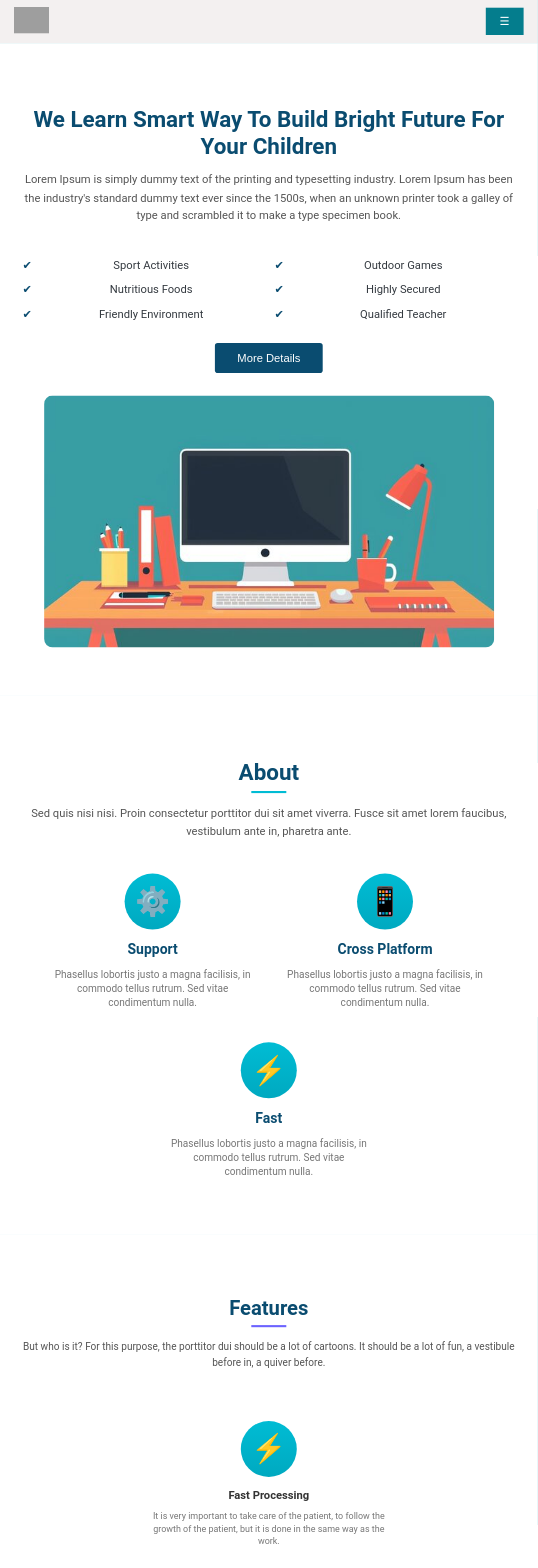
Repository: gautamsonam011/Institute
Page: /
An editor plug-in stored every save of this project. The page is shown before and after the next save, followed by the edit.
The browser window is 768 px wide. The pictures show the part of the page from y = 0 to 2240 px (the page is 5426 px tall before and 5439 px after), at 70% of full size.
Pictures or frames that could not be fetched are drawn as grey boxes. The project was rebuilt for these pictures with package versions that can differ from the ones it lists, and the page was loaded fresh each time. Also part of the build but not shown: vite.config.js, src/Header.jsx, src/Sidebar.jsx, src/Home.jsx, src/students/Addstudent.jsx, src/students/allstudent.css, src/students/Allstudents.jsx, src/Fee management/feehead.css and 9 more.

Above is the page before, as saved 2024-11-28 11:01:44.

### src/components/Last.jsx
import React from 'react'
import Navbar from './Navbar';
import Main from './Main';
import About from './About';
import Features from './Features';
import Team from './Team';
import Contact from './Contact'
import Footer from './Footer';

const Last = () => {
  return (
    <div>
      <Navbar/>
      <Main/>
      <About/>
      <Features/>
      <Team/>
      <Contact/>
      <Footer/>
    </div>
  )
}

export default Last

### src/students/addstudent.css
.form-container {
    width: 96%;
    margin: auto;
    padding: 20px;
    border: 1px solid #ccc;
    border-radius: 10px;
    background-color: #e0f7fa;
    box-shadow: 0 4px 10px rgba(0, 0, 0, 0.1);
  }

  h2 {
    color: #047d8d;
    text-align: center;
    margin-bottom: 20px;
    font-size: 1.5rem;
  }

  .form-group {
    margin-bottom: 20px;
  }

  label {
    display: block;
    font-weight: bold;
    color: #047d8d;
    margin-bottom: 5px;
  }

  input, select, textarea {
    width: 98%;
    padding: 12px;
    margin-top: 5px;
    border: 1px solid #b0bec5;
    border-radius: 4px;
    font-size: 1rem;
    transition: border-color 0.3s;
  }

  input:focus, select:focus, textarea:focus {
    border-color: #047d8d;
    outline: none;
  }

  button {
    padding: 10px 20px;
    background-color: #047d8d;
    color: white;
    border: none;
    cursor: pointer;
    font-size: 16px;
  }

  button:active {
    background-color: #64bdc9;;
  }

### src/components/Navbar.jsx
import React, { useState } from "react";
import "./navbar.css";

const Navbar = () => {
  const [isMobile, setIsMobile] = useState(false);

  return (
    <nav className="navbar">
      {/* Logo */}
      <div className="logo">
        <img src="/path-to-logo/logo.png" alt="Logo" />
      </div>

      {/* Links */}
      <ul className={isMobile ? "nav-links-mobile" : "nav-links"} onClick={() => setIsMobile(false)}>
        <li><a href="#home">Home</a></li>
        <li><a href="#about">About</a></li>
        <li><a href="#features">Features</a></li>
        <li><a href="#certificate">Certificate</a></li>
        <li><a href="#contact">Contact</a></li>
        <li><a href="#login">Login</a></li>
      </ul>

      {/* Hamburger Menu */}
      <button className="mobile-menu-icon" onClick={() => setIsMobile(!isMobile)}>
        {isMobile ? <>&#10005;</> : <>&#9776;</>}
      </button>
    </nav>
  );
};

export default Navbar;

### src/components/Main.jsx
import React from "react";
import "./main.css";
import mainbg2 from '../assets/mainbg2.jpg'

const AboutSection = () => {
  return (
    <div className="about-section">
      <div className="about-content">
        {/* <h3 className="about-heading"></h3> */}
        <h2 className="about-title">
          We Learn Smart Way To Build Bright Future For Your Children
        </h2>
        <p className="about-description">
          Lorem Ipsum is simply dummy text of the printing and typesetting
          industry. Lorem Ipsum has been the industry's standard dummy text
          ever since the 1500s, when an unknown printer took a galley of type
          and scrambled it to make a type specimen book.
        </p>
        <ul className="about-list">
          <li>Sport Activities</li>
          <li>Outdoor Games</li>
          <li>Nutritious Foods</li>
          <li>Highly Secured</li>
          <li>Friendly Environment</li>
          <li>Qualified Teacher</li>
        </ul>
        <button className="about-button">More Details</button>
      </div>
      <div className="about-image-container">
        <img
          src={mainbg2} /* Replace with actual image URL */
          alt="Children learning"
          className="about-image"
        />
      </div>
    </div>
  );
};

export default AboutSection;

### src/components/About.jsx
import React from "react";
import "./about.css";

const About = () => {
  return (
    <section className="about-section" id="about">
      <div className="about-container">
        <h2 className="about-title">About</h2>
        <hr className="about-divider" />
        <p className="about-description">
          Sed quis nisi nisi. Proin consectetur porttitor dui sit amet viverra.
          Fusce sit amet lorem faucibus, vestibulum ante in, pharetra ante.
        </p>
        <div className="about-features">
          <div className="feature">
            <div className="feature-icon support-icon"></div>
            <h3>Support</h3>
            <p>
              Phasellus lobortis justo a magna facilisis, in commodo tellus
              rutrum. Sed vitae condimentum nulla.
            </p>
          </div>
          <div className="feature">
            <div className="feature-icon cross-platform-icon"></div>
            <h3>Cross Platform</h3>
            <p>
              Phasellus lobortis justo a magna facilisis, in commodo tellus
              rutrum. Sed vitae condimentum nulla.
            </p>
          </div>
          <div className="feature">
            <div className="feature-icon fast-icon"></div>
            <h3>Fast</h3>
            <p>
              Phasellus lobortis justo a magna facilisis, in commodo tellus
              rutrum. Sed vitae condimentum nulla.
            </p>
          </div>
        </div>
      </div>
    </section>
  );
};

export default About;

### src/components/Team.jsx
import React from "react";
import "./team.css";
import user1 from '../assets/user1.jpg';
import user2 from '../assets/user2.jpg';
import user3 from '../assets/user3.jpg'

const OurTeam = () => {
  const teamMembers = [
    {
      name: "Jane Doe",
      image: user1, // Replace with the correct image path
      title: "Web Developer",
    },
    {
      name: "John Smith",
      image: user2, // Replace with the correct image path
      title: "UI/UX Designer",
    },
    {
      name: "Mike Johnson",
      image: user3, // Replace with the correct image path
      title: "Project Manager",
    },
  ];

  return (
    <section className="our-team">
      <div className="container">
        <h2 className="team-heading">Our Team</h2>
        <p className="team-description">
          Sed quis nisi nisi. Proin consectetur porttitor dui sit amet viverra. Fusce sit amet lorem faucibus, vestibulum ante in, pharetra ante.
        </p>
        <div className="team-members">
          {teamMembers.map((member, index) => (
            <div key={index} className="team-member">
              <img
                src={member.image}
                alt={member.name}
                className="team-member-img"
              />
              <h3 className="member-name">{member.name}</h3>
              <p className="member-title">{member.title}</p>
            </div>
          ))}
        </div>
      </div>
    </section>
  );
};

export default OurTeam;

### src/components/Contact.jsx
import React from "react";
import "./contact.css";

const ContactUs = () => {
  return (
    <section className="contact-us" id="contact">
      <div className="container">
        <h2 className="contact-heading">Contact us</h2>
        <p className="contact-description">
          Sed quis nisi nisi. Proin consectetur porttitor dui sit amet viverra. Fusce sit amet lorem faucibus, vestibulum ante in, pharetra ante.
        </p>
        <div className="contact-content">
          {/* Left: Contact Form */}
          <form className="contact-form">
            <div className="form-row">
              <input
                type="text"
                placeholder="Full Name"
                className="form-input"
              />
              <input type="email" placeholder="Email" className="form-input" />
            </div>
            <div className="form-row">
              <input type="text" placeholder="Subject" className="form-input" />
            </div>
            <div className="form-row">
              <textarea
                placeholder="Message"
                className="form-textarea"
              ></textarea>
            </div>
            <button type="submit" className="form-submit">
              SUBMIT
            </button>
          </form>
          {/* Right: Contact Info */}
          <div className="contact-info">
            <div className="info-box">
              <p>
                <strong>ADDRESS</strong>
                <br />
                New Delhi, India
              </p>
            </div>
            <div className="info-box">
              <p>
                <strong>PHONE</strong>
                <br />
                009900990099
              </p>
            </div>
            <div className="info-box">
              <p>
                <strong>E-MAIL</strong>
                <br />
                yogesh@gmail.com
              </p>
            </div>
            <div className="info-box">
              <p>
                <strong>WORKING HOURS</strong>
                <br />
                Mon-Fri 9.00 AM to 5.00 PM
              </p>
            </div>
          </div>
        </div>
      </div>
    </section>
  );
};

export default ContactUs;

### src/components/Footer.jsx
import React from "react";
import "./footer.css";

const Footer = () => {
  return (
    <footer className="footer">
      <div className="container">
        <div className="footer-content">
          {/* About Section */}
          <div className="footer-section">
            <h3>About Us</h3>
            <p>
              We provide excellent training services and certifications. Our goal is to help you grow professionally and achieve your career goals.
            </p>
          </div>
          {/* Quick Links */}
          <div className="footer-section">
            <h3>Quick Links</h3>
            <ul className="footer-links">
              <li><a href="#home">Home</a></li>
              <li><a href="#about">About</a></li>
              <li><a href="#features">Features</a></li>
              <li><a href="#contact">Contact</a></li>
            </ul>
          </div>
          {/* Contact Info */}
          <div className="footer-section">
            <h3>Contact Us</h3>
            <p>New Delhi, India</p>
            <p>Phone: 009900990099</p>
            <p>Email: info@example.com</p>
          </div>
        </div>
        {/* Social Media */}
        <div className="footer-social">
          <a href="#" className="social-icon">
            <i className="fab fa-facebook-f"></i>
          </a>
          <a href="#" className="social-icon">
            <i className="fab fa-twitter"></i>
          </a>
          <a href="#" className="social-icon">
            <i className="fab fa-instagram"></i>
          </a>
          <a href="#" className="social-icon">
            <i className="fab fa-linkedin-in"></i>
          </a>
        </div>
        {/* Footer Bottom */}
        <div className="footer-bottom">
          <p>© 2024 Your Company. All Rights Reserved.</p>
        </div>
      </div>
    </footer>
  );
};

export default Footer;

### src/components/navbar.css
/* Navbar styles */
.navbar {
  display: flex;
  justify-content: space-between;
  align-items: center;
  padding: 10px 20px;
  background-color: #f3f0f0;
}

.navbar .logo img {
  width: 50px;
}

.navbar .nav-links {
  display: flex;
  gap: 20px;
}

.navbar .nav-links ul {
  list-style: none;
  margin: 0;
  padding: 0;
  display: flex;
}

.navbar .nav-links li a {
  color: rgb(2, 2, 2);
  text-decoration: none;
  padding: 10px 20px;
}

.navbar .hamburger {
  display: none;
  cursor: pointer;
}

.navbar .hamburger .bar {
  width: 25px;
  height: 4px;
  background-color: rgb(14, 13, 13);
  margin: 5px;
  transition: all 0.3s;
}

/* Show the hamburger icon on small screens */
@media (max-width: 768px) {
  .navbar .nav-links {
    display: none;
    width: 100%;
    flex-direction: column;
    align-items: center;
    position: absolute;
    top: 60px;
    left: 0;
    background-color: #333;
    z-index: 100;
  }

  .navbar .nav-links.active {
    display: flex;
  }

  .navbar .hamburger {
    display: block;
  }

  .navbar .hamburger.active .bar:nth-child(1) {
    transform: rotate(45deg);
    position: relative;
    top: 9px;
  }

  .navbar .hamburger.active .bar:nth-child(2) {
    opacity: 0;
  }

  .navbar .hamburger.active .bar:nth-child(3) {
    transform: rotate(-45deg);
    position: relative;
    top: -9px;
  }
}

### src/components/main.css
/* About Section Styling */
.about-section {
  display: flex;
  align-items: center;
  justify-content: space-between;
  gap: 2rem;
  padding: 3rem;
  background-color: #fefefe;
  flex-wrap: wrap; /* Makes it responsive */
}

.about-content {
  max-width: 50%;
}

.about-heading {
  color: #0a4c70;
  font-size: 1.5rem;
  font-weight: 600;
  margin-bottom: 1rem;
}

.about-title {
  font-size: 2.5rem;
  font-weight: 700;
  margin-bottom: 1.5rem;
  color: #343a40;
}

.about-description {
  font-size: 1rem;
  line-height: 1.8;
  margin-bottom: 1.5rem;
  color: #555;
}

.about-list {
  display: grid;
  grid-template-columns: repeat(2, 1fr);
  gap: 1rem;
  margin-bottom: 2rem;
  list-style: none;
  padding: 0;
}

.about-list li {
  font-size: 1rem;
  color: #343a40;
  position: relative;
  padding-left: 1.5rem;
}

.about-list li::before {
  content: "✔";
  position: absolute;
  left: 0;
  color: #0a4c70;
}

.about-button {
  background-color: #0a4c70;
  color: white;
  border: none;
  border-radius: 4px;
  padding: 0.8rem 2rem;
  font-size: 1rem;
  cursor: pointer;
}

.about-image-container {
  position: relative;
  max-width: 45%;
}

.about-image {
  width: 100%;
  border-radius: 12px;
}

/* .play-button {
  position: absolute;
  top: 50%;
  left: 50%;
  transform: translate(-50%, -50%);
  background-color: rgba(255, 255, 255, 0.8);
  border-radius: 50%;
  width: 70px;
  height: 70px;
  display: flex;
  align-items: center;
  justify-content: center;
  font-size: 1.5rem;
  color: #ff6fa3;
  cursor: pointer;
} */

/* Responsive Design */
@media (max-width: 768px) {
  .about-section {
    flex-direction: column;
    text-align: center;
    padding: 1.5rem;
  }

  .about-content {
    max-width: 100%;
  }

  .about-image-container {
    max-width: 100%;
  }
}

### src/components/about.css
.about-section {
    padding: 4rem 2rem;
    text-align: center;
    background-color: white;
  }

  .about-container {
    max-width: 1200px;
    margin: 0 auto;
  }

  .about-title {
    font-size: 2rem;
    color: #0a4c70;
    font-weight: bold;
    margin-bottom: 0.5rem;
  }

  .about-divider {
    width: 50px;
    height: 3px;
    background-color: #00bcd4;
    border: none;
    margin: 0.5rem auto;
  }

  .about-description {
    font-size: 1rem;
    color: #555;
    margin: 1rem 0 3rem;
    line-height: 1.6;
  }

  .about-features {
    display: flex;
    justify-content: center;
    gap: 2rem;
    flex-wrap: wrap;
  }

  .feature {
    text-align: center;
    max-width: 300px;
  }

  .feature-icon {
    width: 80px;
    height: 80px;
    margin: 0 auto 1rem;
    border-radius: 50%;
    background: linear-gradient(to bottom, #00bcd4, #00a9c0);
    display: flex;
    justify-content: center;
    align-items: center;
    font-size: 2rem;
    color: white;
    transition: transform 0.3s ease, background-color 0.3s ease;
  }

  .feature-icon:hover {
    transform: scale(1.2); /* Enlarges the icon on hover */
    background: linear-gradient(to bottom, #00a9c0, #00bcd4); /* Reverses the gradient */
    cursor: pointer;
  }

  .support-icon::before {
    content: "⚙️"; /* Replace with an actual image or icon if desired */
  }

  .cross-platform-icon::before {
    content: "📱"; /* Replace with an actual image or icon if desired */
  }

  .fast-icon::before {
    content: "⚡"; /* Replace with an actual image or icon if desired */
  }

  .feature h3 {
    font-size: 1.25rem;
    color: #0a4c70;
    margin: 0.5rem 0;
  }

  .feature p {
    font-size: 0.9rem;
    color: #777;
    line-height: 1.4;
  }

### src/components/features.css
.features-section {
  padding: 4rem 2rem;
  text-align: center;
  background-color: white;
}

.features-container {
  max-width: 1200px;
  margin: 0 auto;
}

.features-title {
  font-size: 2rem;
  color: #0a4c70;
  font-weight: bold;
  margin-bottom: 0.5rem;
}

.features-divider {
  width: 50px;
  height: 3px;
  background-color: #6c63ff;
  margin: 0.5rem auto 1rem;
}

.features-description {
  font-size: 1rem;
  color: #555;
  margin-bottom: 3rem;
  line-height: 1.6;
}

.features-content {
  display: flex;
  align-items: flex-start;
  justify-content: space-between;
  gap: 2rem;
  flex-wrap: wrap; /* Allows wrapping for smaller screens */
}

.features-column {
  display: flex;
  flex-direction: column;
  gap: 2rem;
  flex: 1;
  min-width: 250px; /* Ensures columns don't collapse too much */
}

.feature-card {
  text-align: center;
  padding: 1.5rem;
  transition: transform 0.3s ease, box-shadow 0.3s ease;
}

.feature-card:hover {
  transform: translateY(-10px);
  box-shadow: 0 8px 20px rgba(0, 0, 0, 0.15);
}

.feature-icon {
  font-size: 3rem;
  color: #6c63ff;
  margin-bottom: 1rem;
}

.feature-title {
  font-size: 1.2rem;
  color: #333;
  font-weight: bold;
  margin-bottom: 0.5rem;
}

.feature-description {
  font-size: 0.9rem;
  color: #777;
  line-height: 1.4;
}

.features-image {
  flex: 1;
  display: flex;
  justify-content: center;
  align-items: center;
  max-width: 500px;
}

.features-image img {
  max-width: 100%;
  height: auto;
  border-radius: 20px;
  box-shadow: 0 4px 15px rgba(0, 0, 0, 0.1);
}

/* Responsive Adjustments */
@media (max-width: 992px) {
  .features-content {
    flex-direction: column;
    align-items: center;
  }

  .features-column {
    width: 100%;
    max-width: 400px;
    margin-bottom: 2rem;
  }

  .features-image {
    margin: 2rem 0;
  }
}

@media (max-width: 768px) {
  .features-title {
    font-size: 1.8rem;
  }

  .features-description {
    font-size: 0.9rem;
  }

  .feature-icon {
    font-size: 2.5rem;
  }

  .feature-title {
    font-size: 1rem;
  }

  .feature-description {
    font-size: 0.8rem;
  }
}

@media (max-width: 576px) {
  .features-section {
    padding: 2rem 1rem;
  }

  .features-title {
    font-size: 1.5rem;
  }

  .features-description {
    font-size: 0.8rem;
  }

  .feature-icon {
    font-size: 2rem;
  }

  .features-divider {
    width: 40px;
    height: 2px;
  }
}

### src/components/team.css
.our-team {
    text-align: center;
    padding: 50px 20px;
    background-color: #f9f9f9;
  }

  .team-heading {
    font-size: 2rem;
    color: #0a4c70;
    font-weight: bold;
    margin-bottom: 20px;
  }

  .team-description {
    color: #555;
    font-size: 1rem;
    margin-bottom: 40px;
  }

  .team-members {
    display: flex;
    justify-content: center;
    gap: 60px; /* Increased gap between images */
    flex-wrap: wrap;
  }

  .team-member {
    max-width: 250px; /* Allows for a larger size */
    text-align: center;
  }

  .team-member-img {
    width: 150px; /* Larger circle size */
    height: 150px; /* Match width for a perfect circle */
    border-radius: 50%;
    object-fit: cover;
    margin-bottom: 15px;
    border: 3px solid #ddd; /* Optional: Add a border for better appearance */
  }

  .member-name {
    font-size: 1rem;
    font-weight: bold;
    color: #333;
    margin-top: 10px;
  }

  .member-title {
    font-size: 0.9rem;
    color: #777;
  }

### src/components/contact.css
.contact-us {
  text-align: center;
  padding: 70px 20px; /* Reduce padding for smaller screens */
  background-color: #f9f9f9;
}

.contact-heading {
  font-size: 2rem;
  color: #0a4c70;
  font-weight: bold;
  margin-bottom: 10px;
}

.contact-description {
  color: #555;
  font-size: 1rem;
  margin-bottom: 40px;
}

.contact-content {
  display: flex;
  justify-content: space-between;
  gap: 20px;
  flex-wrap: wrap;
  max-width: 1200px;
  margin: 0 auto;
}

.contact-form {
  flex: 1;
  max-width: 60%; /* Restrict width for larger screens */
}

.contact-info {
  flex: 1;
  max-width: 30%;
  background: #e0f7fa;
  padding: 20px;
  border-radius: 10px;
}

.form-row {
  display: flex;
  flex-wrap: wrap; /* Allow inputs to stack on smaller screens */
  gap: 10px;
  margin-bottom: 15px;
}

.form-input {
  width: 100%;
  padding: 10px;
  border: 1px solid #ddd;
  border-radius: 25px;
}

.form-textarea {
  width: 100%;
  padding: 10px;
  height: 100px;
  border: 1px solid #ddd;
  border-radius: 5px;
}

.form-submit {
  width: 100%;
  padding: 10px;
  background: #0a4c70;
  color: white;
  border: none;
  border-radius: 5px;
  cursor: pointer;
  font-weight: bold;
}

.info-box {
  text-align: left;
  margin-bottom: 15px;
}

.info-box p {
  margin: 0;
  color: #333;
}

.info-box strong {
  display: block;
  margin-bottom: 5px;
  color: #0a4c70;
}

/* Media Queries for Responsiveness */
@media (max-width: 768px) {
  .contact-content {
    flex-direction: column; /* Stack form and info vertically */
  }

  .contact-form {
    max-width: 100%;
    margin-bottom: 20px; /* Add spacing between sections */
  }

  .contact-info {
    max-width: 100%;
  }
}

@media (max-width: 480px) {
  .contact-heading {
    font-size: 1.8rem; /* Slightly smaller heading */
  }

  .contact-description {
    font-size: 0.9rem; /* Reduce font size for description */
  }

  .form-input,
  .form-textarea {
    font-size: 0.9rem; /* Adjust input text size */
  }

  .form-submit {
    font-size: 1rem; /* Adjust button font size */
    padding: 12px; /* Adjust button size */
  }
}

### src/components/footer.css
.footer {
    background-color: #0a4c70;
    color: white;
    padding: 40px 20px;
    text-align: center;
  }

  .container {
    max-width: 1200px;
    margin: 0 auto;
  }

  .footer-content {
    display: flex;
    justify-content: space-between;
    flex-wrap: wrap;
    margin-bottom: 20px;
  }

  .footer-section {
    flex: 1;
    min-width: 200px;
    margin: 10px;
  }

  .footer-section h3 {
    font-size: 1.2rem;
    margin-bottom: 10px;
    color: #e0f7fa;
  }

  .footer-section p,
  .footer-section a {
    font-size: 0.9rem;
    color: white;
    line-height: 1.6;
  }

  .footer-section a {
    text-decoration: none;
    color: #e0f7fa;
  }

  .footer-section a:hover {
    text-decoration: underline;
  }

  .footer-links {
    list-style: none;
    padding: 0;
  }

  .footer-links li {
    margin-bottom: 8px;
  }

  .footer-links a {
    color: white;
    text-decoration: none;
  }

  .footer-links a:hover {
    text-decoration: underline;
  }

  .footer-social {
    margin: 20px 0;
  }

  .social-icon {
    margin: 0 10px;
    font-size: 1.2rem;
    color: white;
    text-decoration: none;
  }

  .social-icon:hover {
    color: #e0f7fa;
  }

  .footer-bottom {
    border-top: 1px solid #e0f7fa;
    padding-top: 10px;
    font-size: 0.8rem;
    color: #e0f7fa;
  }

Loaded but not shown: index.html (common file); src/main.jsx (common file); src/App.css (268 lines, source omitted); src/App.jsx (72 lines, source omitted); src/components/Features.jsx (77 lines, source omitted)

After the next save:
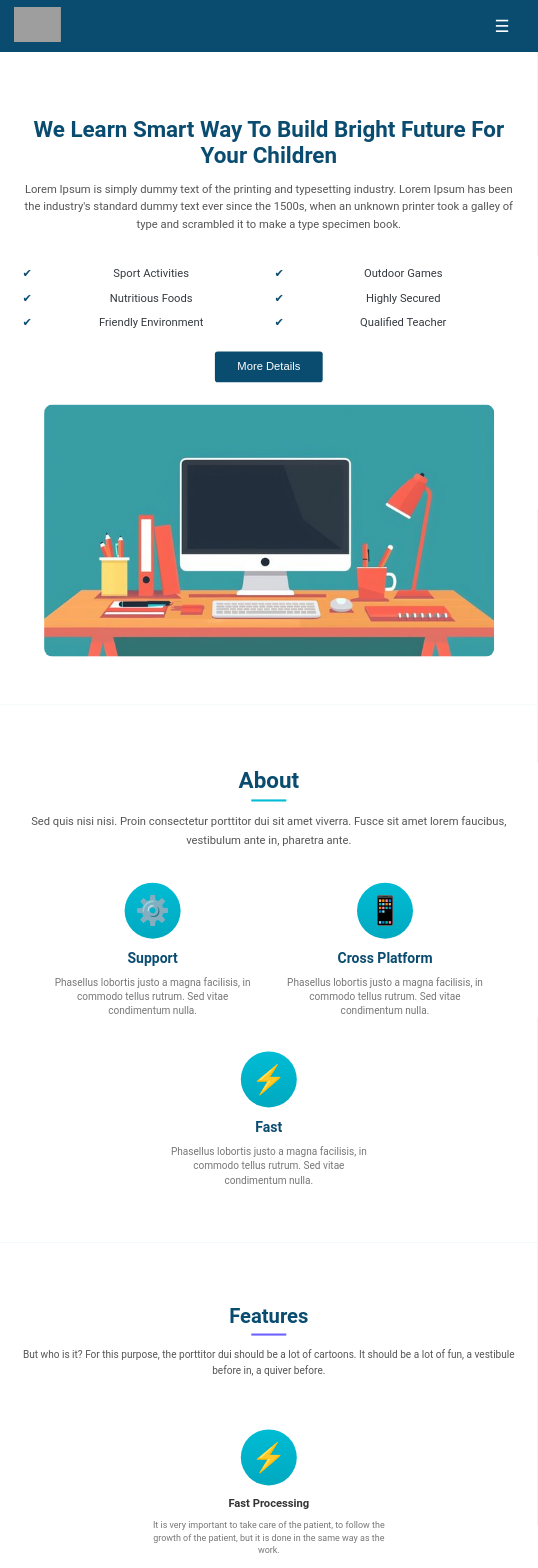
Saved 18 s later.
--- a/src/components/navbar.css
+++ b/src/components/navbar.css
@@ -1,82 +1,77 @@
-/* Navbar styles */
+/* General Styles */
 .navbar {
   display: flex;
   justify-content: space-between;
   align-items: center;
   padding: 10px 20px;
-  background-color: #f3f0f0;
+  background-color: #0a4c70;
+  color: white;
+  position: sticky;
+  top: 0;
+  z-index: 1000;
 }
 
-.navbar .logo img {
-  width: 50px;
+.logo img {
+  height: 50px; /* Adjust based on your logo size */
+  width: auto;
 }
 
-.navbar .nav-links {
+/* Desktop View */
+.nav-links {
   display: flex;
+  list-style: none;
   gap: 20px;
 }
 
-.navbar .nav-links ul {
-  list-style: none;
-  margin: 0;
-  padding: 0;
-  display: flex;
+.nav-links li a {
+  text-decoration: none;
+  color: white;
+  font-size: 1rem;
+  font-weight: 500;
+  transition: color 0.3s;
 }
 
-.navbar .nav-links li a {
-  color: rgb(2, 2, 2);
-  text-decoration: none;
-  padding: 10px 20px;
+.nav-links li a:hover {
+  color: #00d4ff;
 }
 
-.navbar .hamburger {
+/* Mobile View */
+.mobile-menu-icon {
   display: none;
+  background: none;
+  border: none;
+  color: white;
+  font-size: 1.5rem;
   cursor: pointer;
 }
 
-.navbar .hamburger .bar {
-  width: 25px;
-  height: 4px;
-  background-color: rgb(14, 13, 13);
-  margin: 5px;
-  transition: all 0.3s;
+.nav-links-mobile {
+  display: none;
 }
 
-/* Show the hamburger icon on small screens */
 @media (max-width: 768px) {
-  .navbar .nav-links {
+  .nav-links {
     display: none;
-    width: 100%;
-    flex-direction: column;
-    align-items: center;
-    position: absolute;
-    top: 60px;
-    left: 0;
-    background-color: #333;
-    z-index: 100;
   }
 
-  .navbar .nav-links.active {
-    display: flex;
-  }
-
-  .navbar .hamburger {
+  .mobile-menu-icon {
     display: block;
   }
 
-  .navbar .hamburger.active .bar:nth-child(1) {
-    transform: rotate(45deg);
-    position: relative;
-    top: 9px;
+  .nav-links-mobile {
+    display: flex;
+    flex-direction: column;
+    gap: 15px;
+    position: absolute;
+    top: 60px;
+    right: 10px;
+    background-color: #0a4c70;
+    padding: 20px;
+    border-radius: 5px;
+    z-index: 1000;
   }
 
-  .navbar .hamburger.active .bar:nth-child(2) {
-    opacity: 0;
-  }
-
-  .navbar .hamburger.active .bar:nth-child(3) {
-    transform: rotate(-45deg);
-    position: relative;
-    top: -9px;
+  .nav-links-mobile li a {
+    font-size: 1rem;
   }
 }
